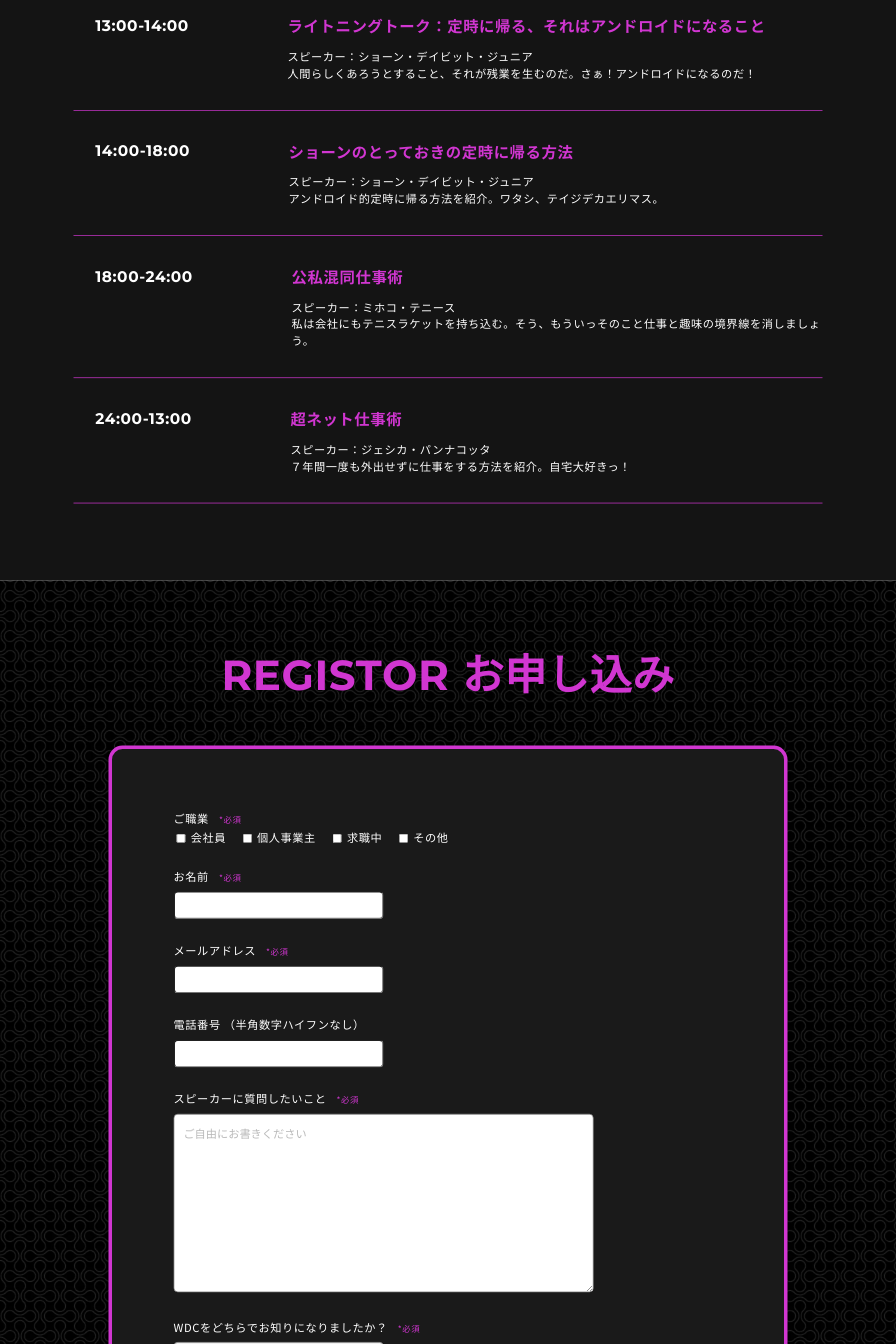
Repository: tetishi/wdc
Page: index.html
These files come from the project's save history. The page is drawn as it stood at one moment and after a run of saves; the edit follows.
The browser window is 1280 px wide. The pictures show the part of the page from y = 3583 to 5503 px (the page is 6001 px tall), at 70% of full size.
Some web libraries are served in a nearby version. The style sheet was rebuilt from its Sass, Less or Tailwind sources for each picture, by a compiler version that may differ from the author's.

Above is the page before, as saved 2023-07-15 18:31:33.

After the next 2 saves:
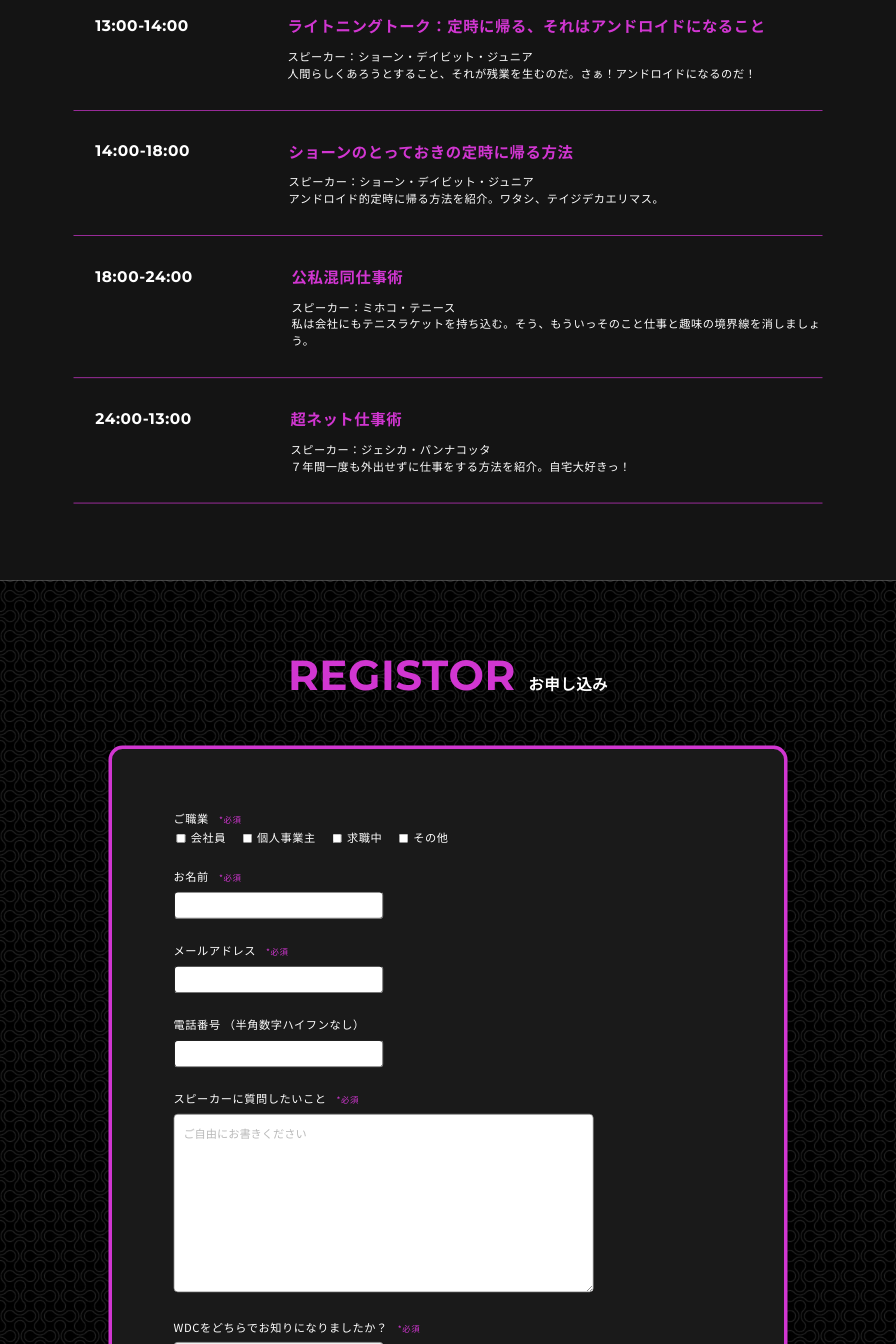
The 2 saves are shown as one change because they came seconds apart.
The last was saved 10 s later.
--- a/index.html
+++ b/index.html
@@ -240,9 +240,9 @@
             <div class="section-inner">
                 <h2 class="section-title">
                     REGISTOR
-                    <span>お申し込み</span>
+                    <span class="section-under-title">お申し込み</span>
                 </h2>
-                <p class="section-under-title"></p>
+                <!-- <p class="section-under-title"></p>   -->
                 <div class="registor-container">
                     <form action="" class="form">
                         <div class="form-item">
